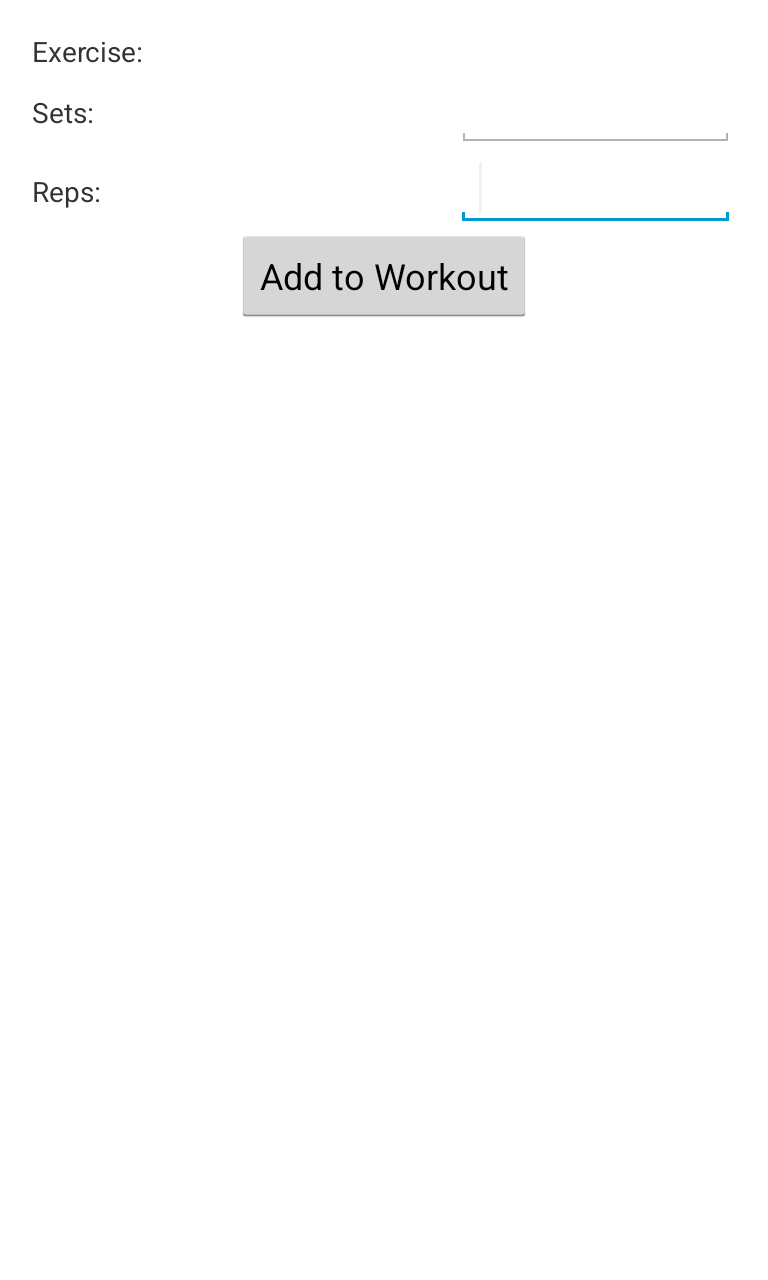
Repository: jmcdon09/EZWorkout
Layout: EzTrain/EzTrain/res/layout/activity_preview_exercise.xml
An editor plug-in stored every save of this project. The layout is shown before and after the next save, followed by the edit.
It is drawn on a 768 x 1280 px phone screen (xhdpi) without system bars, with theme AppTheme; the app's code is not run.

Above is the layout before, as saved 2014-03-28 15:04:53.

After the next save:
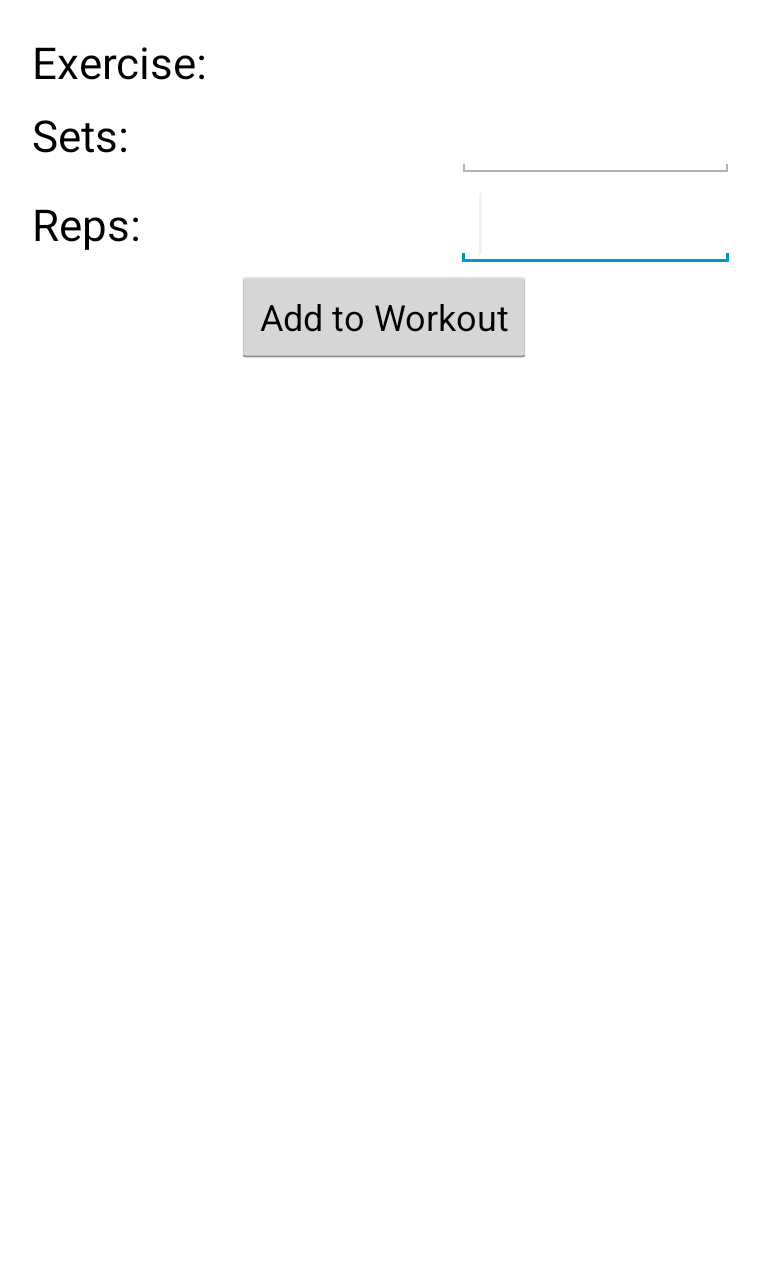
Saved 57 s later.
--- a/EzTrain/EzTrain/res/layout/activity_preview_exercise.xml
+++ b/EzTrain/EzTrain/res/layout/activity_preview_exercise.xml
@@ -20,13 +20,15 @@
             android:layout_weight="60"
             android:layout_width="fill_parent"
             android:layout_height="wrap_content"
-            android:text="@string/exercise" />
+            android:text="@string/exercise"
+            android:textAppearance="?android:attr/textAppearanceLarge" />
 
         <TextView
             android:layout_weight="40"
             android:id="@+id/preview_exercise_name"
             android:layout_width="fill_parent"
-            android:layout_height="wrap_content" />
+            android:layout_height="wrap_content"
+            android:textAppearance="?android:attr/textAppearanceLarge" />
 
     </LinearLayout>
 
@@ -40,7 +42,8 @@
             android:layout_weight="40"
             android:layout_width="fill_parent"
             android:layout_height="wrap_content"
-            android:text="@string/preview_exer_set" />
+            android:text="@string/preview_exer_set"
+            android:textAppearance="?android:attr/textAppearanceLarge" />
 
         <EditText
             android:layout_weight="60"
@@ -48,7 +51,8 @@
             android:layout_width="fill_parent"
             android:layout_height="wrap_content"
             android:ems="10"
-            android:inputType="numberSigned" >
+            android:inputType="numberSigned"
+            android:textAppearance="?android:attr/textAppearanceLarge" >
 
             <requestFocus />
         </EditText>
@@ -64,7 +68,8 @@
             android:layout_weight="40"
             android:layout_width="fill_parent"
             android:layout_height="wrap_content"
-            android:text="@string/preview_exer_reps" />
+            android:text="@string/preview_exer_reps"
+            android:textAppearance="?android:attr/textAppearanceLarge" />
 
         <EditText
             android:layout_weight="60"
@@ -72,7 +77,8 @@
             android:layout_width="fill_parent"
             android:layout_height="wrap_content"
             android:ems="10"
-            android:inputType="number" >
+            android:inputType="number"
+            android:textAppearance="?android:attr/textAppearanceLarge" >
 
             <requestFocus />
         </EditText>
